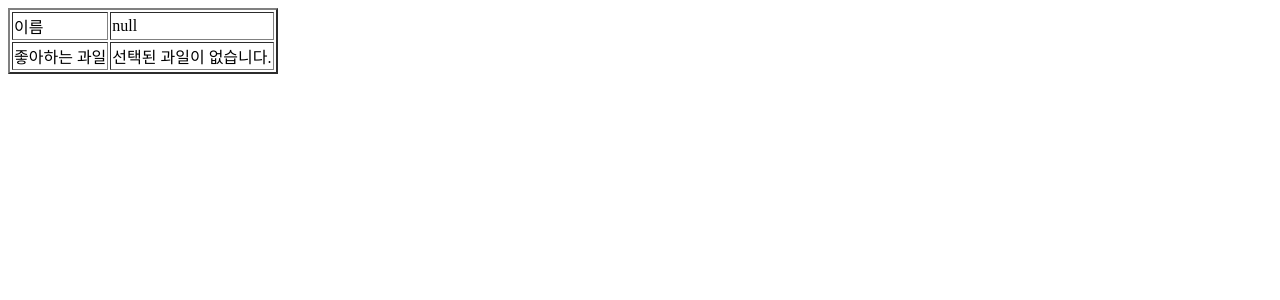
Repository: Jipumpkin/WebServer
Page: http://localhost/JSP2/result.jsp
These files come from the project's save history. The page is drawn as it stood at one moment and after the next save; the edit follows.
The browser window is 1280 px wide. The pictures show the whole page.
The page is served by Tomcat 9.

Above is the page before, as saved 2024-08-07 02:50:21.

### JSP2/src/main/webapp/result.jsp
<%@ page language="java" contentType="text/html; charset=EUC-KR" pageEncoding="EUC-KR"%>
<!DOCTYPE html>
<html>
<head>
<meta charset="EUC-KR">
<title>결과</title>
</head>
<body>

<%
    request.setCharacterEncoding("EUC-KR"); // 폼 데이터 인코딩 설정

    // "name" 파라미터 값을 가져옴
    String name = request.getParameter("name");

    // "fruit" 파라미터 값을 배열로 가져옴
    String[] fruits = request.getParameterValues("fruit");
%>

    <table border="2">
        <tr>
            <td>이름</td>
            <td><%= name %></td>
        </tr>
        <tr>
            <td>좋아하는 과일</td>
            <td>
                <%
                    if (fruits != null && fruits.length > 0) {
                        for (String fruit : fruits) {
                            out.print(fruit + " ");
                        }
                    } else {
                        out.print("선택된 과일이 없습니다.");
                    }
                %>
            </td>
        </tr>
    </table>

</body>
</html>

After the next save:
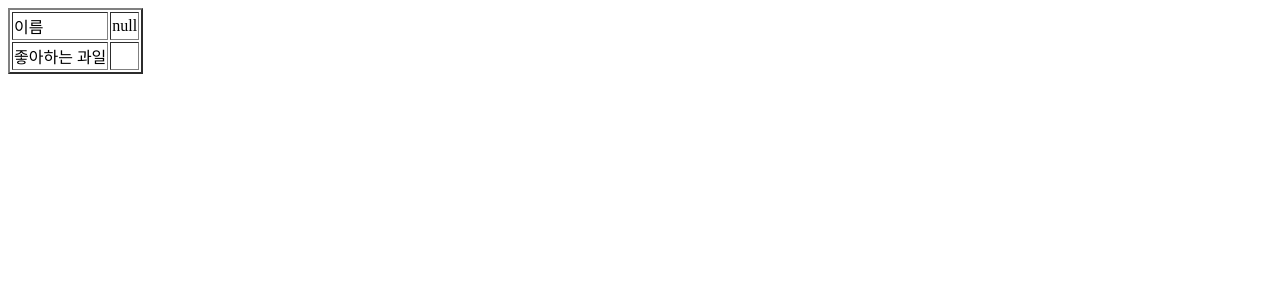
Saved 27 s later.
--- a/JSP2/src/main/webapp/result.jsp
+++ b/JSP2/src/main/webapp/result.jsp
@@ -8,12 +8,8 @@
 <body>
 
 <%
-    request.setCharacterEncoding("EUC-KR"); // 폼 데이터 인코딩 설정
-
-    // "name" 파라미터 값을 가져옴
+    request.setCharacterEncoding("EUC-KR");
     String name = request.getParameter("name");
-
-    // "fruit" 파라미터 값을 배열로 가져옴
     String[] fruits = request.getParameterValues("fruit");
 %>
 
@@ -30,8 +26,6 @@
                         for (String fruit : fruits) {
                             out.print(fruit + " ");
                         }
-                    } else {
-                        out.print("선택된 과일이 없습니다.");
                     }
                 %>
             </td>
